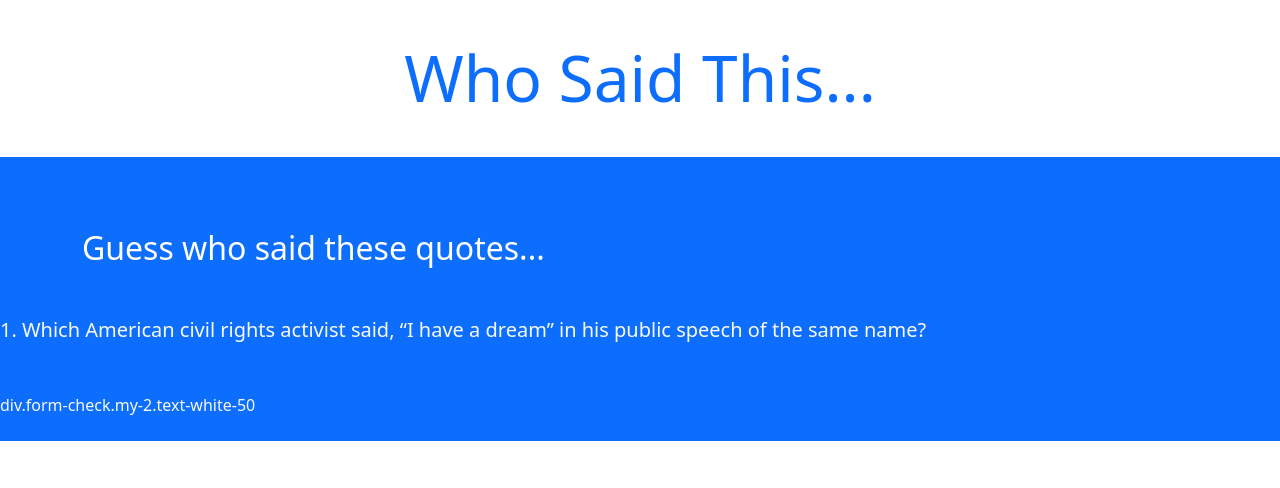
Repository: julihocc/netninja-quiz
Page: index.html
The author's editor kept a copy of each file at every save. The page is drawn from the files as they stood at one save, then again after a run of saves.
The browser window is 1280 px wide. The pictures show the whole page.

Above is the page before, as saved 2022-09-27 19:18:36.

After the next 2 saves:
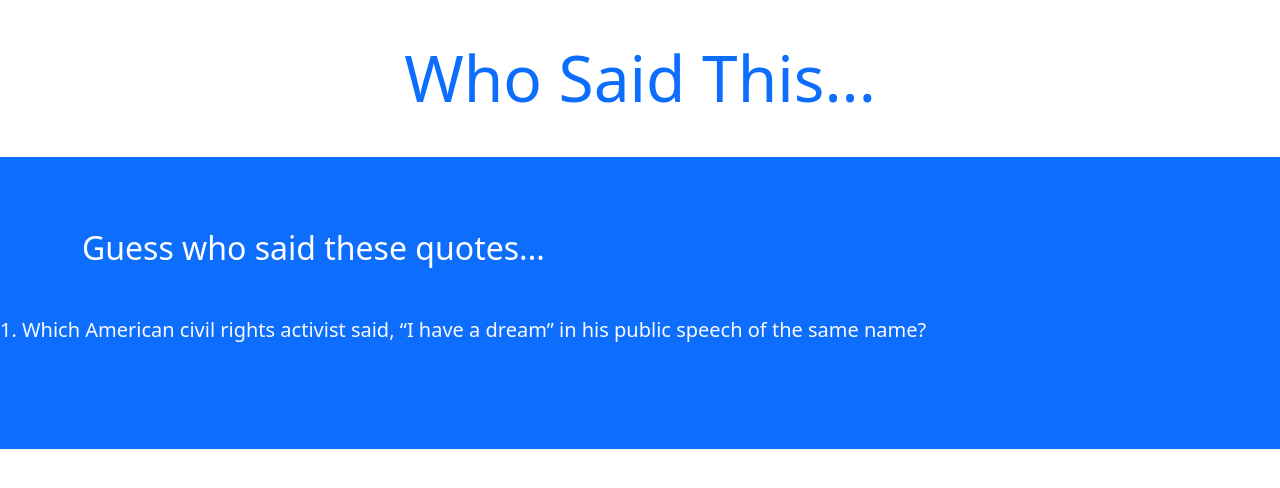
The 2 saves are shown as one change because they came seconds apart.
The last was saved 10 s later.
--- a/index.html
+++ b/index.html
@@ -39,7 +39,9 @@
                     name?
                 </p>
             </div>
-            div.form-check.my-2.text-white-50
+            <div class="form-check my-2 text-white-50">
+
+            </div>
         </form>
 
     </div>
